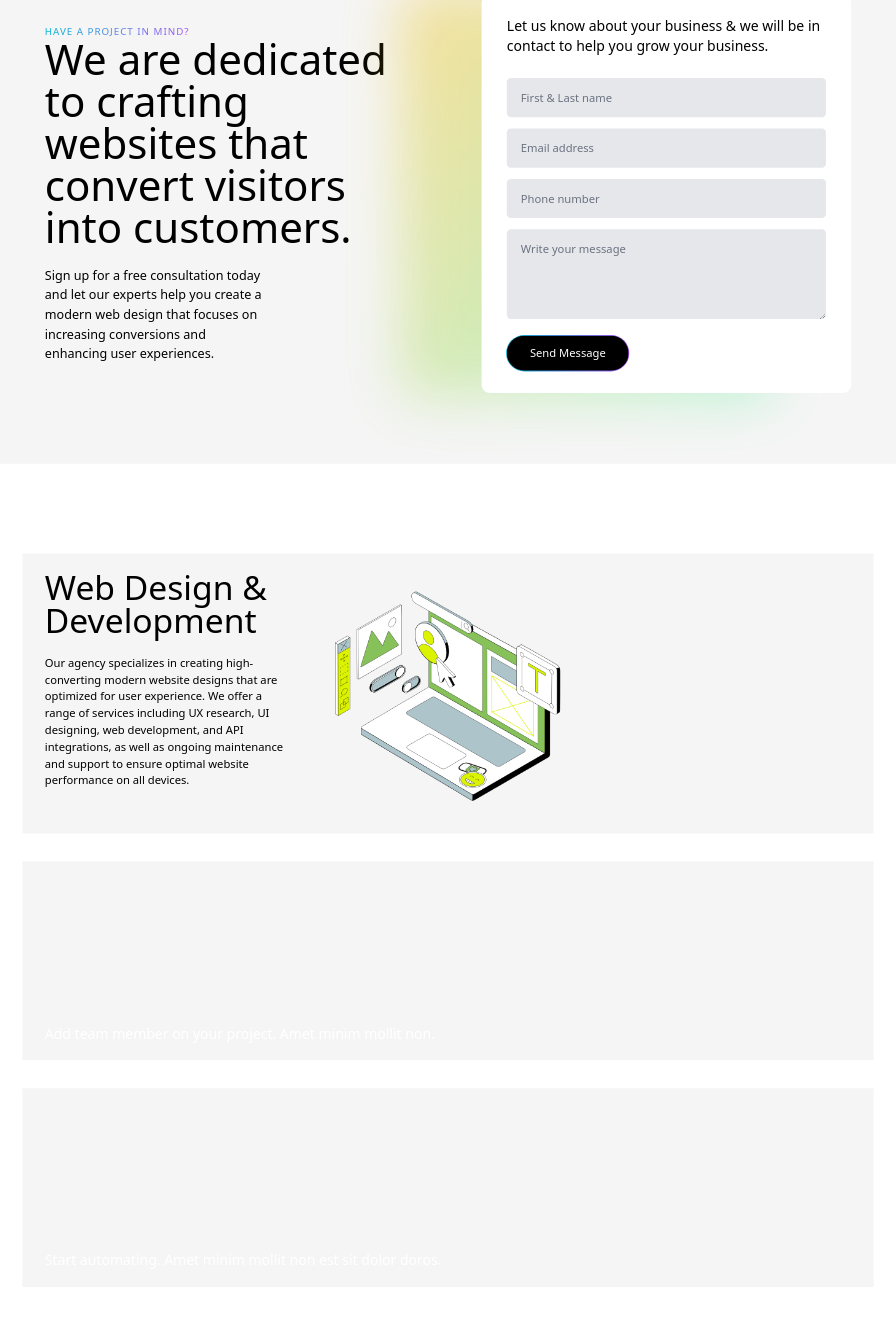
Repository: ornelasedward/mired_website
Page: /
These files come from the project's save history. The page is drawn as it stood at one moment and after the next save; the edit follows.
The browser window is 1280 px wide. The pictures show the part of the page from y = 1371 to 3291 px (the page is 3338 px tall), at 70% of full size.
The project was rebuilt for these pictures with package versions that can differ from the ones it lists, and the page was loaded fresh each time. The framework's server and built-in components were replaced by stand-ins that run in the browser. Also part of the build but not shown: next.config.js.

Above is the page before, as saved 2023-03-28 19:58:12.

After the next save:
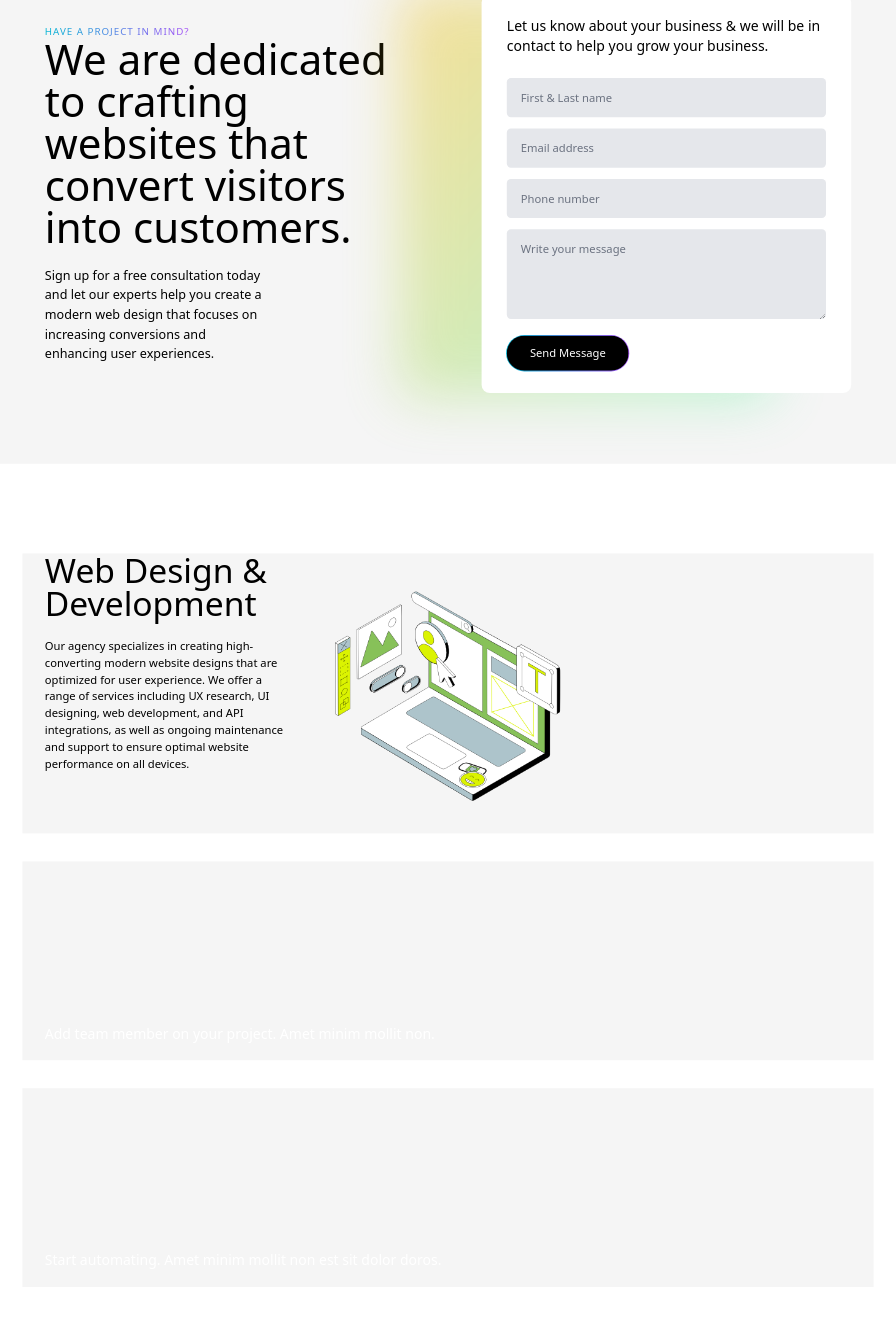
Saved 27 s later.
--- a/components/Services.tsx
+++ b/components/Services.tsx
@@ -8,7 +8,7 @@
         <div className="grid grid-cols-1 gap-10 py-32">
           <div className="bg-[#F5F5F5]">
             <div className="grid grid-cols-3">
-              <div className="p-6 sm:px-8 flex flex-col gap-6">
+              <div className="sm:px-8 flex flex-col gap-6">
                 <h1 className="text-5xl font-normal text-black">
                   Web Design & Development
                 </h1>
